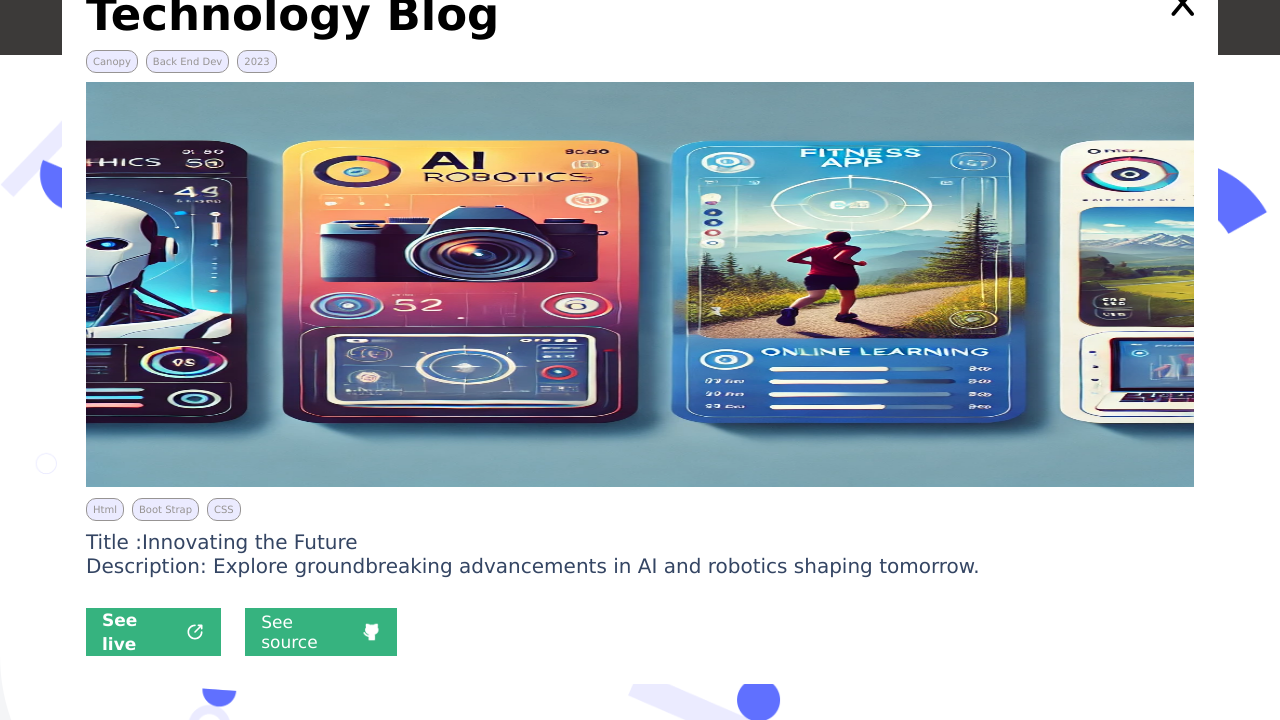
Repository: usman3123/portfolio-template-3
Page: index.html
An editor plug-in stored every save of this project. The page is shown before and after the next save, followed by the edit.
The browser window is 1280 px wide. The pictures show the window.
Empty fields were first filled with sample values (such as "Sample", 5 or name@example.com).
After loading, the first visible `#cardbtn` was clicked once.
A layer covers the whole window, so only the first screen is drawn. Some web libraries are served in a nearby version.

Above is the page before, as saved 2025-02-03 11:49:30.

### index.html
<!DOCTYPE html>
<html lang="en">
<head>
  <meta charset="UTF-8">
  <meta name="viewport" content="width=device-width, initial-scale=1.0">
  <title>project 2</title>
  <link rel="stylesheet" href="style.css">
  <link href='https://unpkg.com/boxicons@2.1.4/css/boxicons.min.css' rel='stylesheet'>
  <link rel="stylesheet" href="https://cdnjs.cloudflare.com/ajax/libs/font-awesome/6.6.0/css/all.min.css" integrity="sha512-Kc323vGBEqzTmouAECnVceyQqyqdsSiqLQISBL29aUW4U/M7pSPA/gEUZQqv1cwx4OnYxTxve5UMg5GT6L4JJg==" crossorigin="anonymous" referrerpolicy="no-referrer" />
  <link rel="stylesheet" href="https://cdnjs.cloudflare.com/ajax/libs/font-awesome/6.6.0/css/all.min.css" integrity="sha512-Kc323vGBEqzTmouAECnVceyQqyqdsSiqLQISBL29aUW4U/M7pSPA/gEUZQqv1cwx4OnYxTxve5UMg5GT6L4JJg==" crossorigin="anonymous" referrerpolicy="no-referrer" />

  <link rel="stylesheet" href="https://cdnjs.cloudflare.com/ajax/libs/font-awesome/6.7.2/css/all.min.css">
  <link rel="preconnect" href="https://fonts.googleapis.com">
<link rel="preconnect" href="https://fonts.gstatic.com" crossorigin>
<link href="https://fonts.googleapis.com/css2?family=Poppins:ital,wght@0,100;0,200;0,300;0,400;0,500;0,600;0,700;0,800;0,900;1,100;1,200;1,300;1,400;1,500;1,600;1,700;1,800;1,900&display=swap" rel="stylesheet">
</head>

<body>
<section class="webpage">
  <!-- Navbar -->

 <div class="hero-page">
  <div class="header-div">
    <nav class="nav-bar flex">
        <h4 class="nav-heading">My Logo</h4>
        <div class="nav-links flex">
            <a href="#myportfolio" class="link">Portfolo</a>
            <a href="#myabout" class="link">About</a>
            <a href="#mycontact" class="link" >Contact</a>
        </div>
        <i class="fa-solid fa-light fa-bars fa-xl " id="nav-icon"></i>
    </nav>
</div>

  <!-- Main Content -->
  <section id="myportfolio" class="hero-section flex">
    <div class="hero-content flex">
        <h1 class="hero-head"> I'm USMAN!
          Glad to see you.
      </h1>
      <p class="hero-p">
         I'm a software developer! I can help you build a product , feature or website Look through  some of my work and experience! If you like what you see and have a project you need coded, don’t hesitate to contact me.
      </p>
     <p class="let-connect"> LET'S CONNECT</p>

      <div class="icons flex">
          <img src="/assets/twitter.png" class="media-icon">
          <img src="assets/Linkedin.png" class="media-icon">
          <img src="assets/M.png" class="media-icon">
          <img src="assets/Github.png" class="media-icon">
          <img src="assets/V.png" class="media-icon">
      </div>
    </div>
  </section>

 </div>
  <!-- Cards Section -->

  <div class="overlay">
    <section class="cards flex">

    </section>

  </div>

   <!-- ABOUT MYSELF -->

   <section id="myabout" class="about flex">

    <div class="about-intro flex">
      <h1 class="about-head">About Myself</h1>
      <p class="about-paragraph">Hello I'm a software developer! I can help you build a product , feature or website Look through some of my work and experience! If you like what you see and have a project you need coded, don't hesitate to contact me.</p>
        <p class="connect">Let's Connect</p>
        <div class="icons flex icon-gap">
          <img src="assets/twitter.png" class="twitter">
          <img src="assets/Linkedin.png" class="inimage">
          <img src="assets/M.png" class="mimage">
          <img src="assets/Github.png" class="tomimage">
          <img src="assets/V.png" class="protocol">
      </div>
      <button class="content-btn rsm-btn"> Get my resume</button>
    </div>

    <div class="about-skills flex">
      <div class="about-all flex">
        <p>Languages</p>
        <i class='bx bx-chevron-down'></i>
      </div>
      <div class="about-lang flex">
        <div class="about-lang-img flex">
          <i class="fa-brands fa-js sty-i" style="color: #ff0000;"></i>
          <p>JavaScript</p>
        </div>
        <div class="about-lang-img flex">
          <i class="fa-brands fa-html5 sty-i" style="color: #FFD43B;"></i>
          <p>Html</p>

        </div>
        <div class="about-lang-img flex">
          <i class="fa-brands fa-css3-alt sty-i" style="color: #74C0FC;"></i>
          <p>css</p>
        </div>
      </div>
      <div class="about-all flex">
        <p> Frameworks</p>
        <i class='bx bx-chevron-right'></i>
      </div>
      <div class="about-all flex">
        <p>Skills</p>
        <i class='bx bx-chevron-right'></i>
        </div>
        </div>
  </section>


  <!-- Contact section -->

    <section id="mycontact" class="contact-section flex">
    <h1 class="contact-heading">Contact Me</h1>
    <p class="contact-description flex">
        If you have an application you are interested in developing, a feature that you need built, or a project that needs coding, I'd love to help with it!
    </p>
    <form class="contact-form flex">
        <input class="form-input" type="text" placeholder="Your Name">
        <input class="form-input" type="email" placeholder="Your Email">
        <textarea class="form-message" placeholder="Write your message here..."></textarea>
        <button class="form-button flex">Get in Touch</button>
    </form>

</section>
</section>

<div class="container"></div>


<script src="index.js"></script>
</body>
</html>

### style.css
*{
    margin: 0;
    padding: 0;
    box-sizing: border-box;
}

body {
    font-family: Verdana, Geneva, Tahoma, sans-serif;
    background-color: #f4f5f7;
    position: relative;
}


.flex {
    display: flex;
}

/* nav-bar */

.header-div {
    background-color: #3c3a39;
    width: 100%;
}

.nav-bar {
    justify-content: space-between;
    color: white;
    max-width: 1204px;
    align-items: center;
    padding: 10px 24px;
}

.nav-heading {
    font-size: 30px;
    padding-left: 120px;
}

.nav-links {
    gap: 40px;
    align-items: center;
    font-size: 25px;
    display: none;
}
.nav-icon {
    display: flex;
    width: 24px;
}



/* hero-section */

.hero-page {
    background-color: white;
    border-bottom-left-radius: 190px;
    background-image: url(/assets/Header\ bg@2x.png);
    background-size: contain;
    max-height: 846px;
    background-position: center;
    background-repeat: no-repeat;
    max-width: 1440px;
}
.hero-section {
    height: 846px;
    align-items: center;
    justify-content: center;
    padding-left: 20%;
}
.hero-content {
    flex-direction: column;
    gap: 20px;
}
.hero-head {
    font-size: 48px;
    font-weight: 700;
    width: 35%;
}

.hero-p {
    font-size: 25px;
    line-height: 28px;
    color: #344563;

    width: 73%;
}

.let-connect {
    color: #1d32f7;
    font-size: 20px;
    font-weight: 500;
    line-height: 24px;
}

.media-icon {
    height: 35px;
}

.icons {
    gap: 10px;
}

.nav-head {
    max-width: 1440px;
    width: 100%;
}
.enable {
    color: blue;
}
.link {
    color: white;
    text-decoration: none;
}

/* card-section */

.cards {
    flex-direction: column;
    align-items: center;
    gap:142px;
    padding: 24px;
    position: relative;
}
.card {
    background-color: white;
    max-width: 1156px;
    max-height: 496px;
    width: 100%;
    padding: 24px;
    gap: 20px;
}
.card-img {
    max-width: 544px;
    width: 50%;
    border-radius:8px ;
}

.card-content {
    flex-direction: column;
    gap: 24px;
}

.card-head {
    font-size: 40px;
    font-weight: 700;
    line-height: 52px;
}
#photo-content {
    font-size: 40px;
    font-weight: 700;
    line-height: 52px;
}
.content-p {
    font-size: 20px;
    font-weight: 400;
    line-height: 24px;
}
.content-sp {
    font-size: 20px;
    font-weight: 400;
    line-height: 24px;
}

.languages {
    gap: 8px;
    align-items: center;
}

.lang {
    padding: 4px 12px;
    color: #6070ff;
    background-color: #ebebff;
    border-radius: 10px;
}

.content-btn {
    max-width: 126px;
    width: 100%;
    padding: 4px 12px;
    color: #6070ff;
    background-color: #ebebff;
    border-radius: 10px;
    padding: 10px;
    border: 1px solid blue;
    font-size: 15px;
}

/* about-section */

.about {
    padding: 10%;
    gap: 30px;
}

.about-intro {
    flex-direction: column;
    max-width: 447px;
    max-height: 331px;
    gap: 10px;
}

.about-head {
    font-size: 30px;
    font-weight: 700;
    line-height: 52px;
}
.about-paragraph {
    font-size: 16px;
    line-height: 24px;
}
.connect {
    color: #6070ff;
    font-size: 25px;
}

.about-skills {
    max-width: 684px;
    flex-direction: column;
    width: 100%;
    gap: 20px;
}

.about-all {
    justify-content: space-between;
    font-size: 25px;
}
.about-lang {
    gap: 20px;
    padding: 12px;
}
.about-lang-img {
    flex-direction: column;
    gap: 12px;
}
.sty-i {
    font-size: 80px;
}
.about-lang-img > p {
    font-size: 25px;
}
.contact-section {
    flex-direction: column;
    align-items: center;
    gap: 24px;
    background-color: #6070ff;
    background-image: url(/assets/contact\ form\ background\ shapes@2x.png);
    background-size: contain;
    background-repeat: no-repeat;
    border-top-left-radius: 100px;
    padding: 100px 24px;
}
.contact-heading {
    font-size: 3rem;
    font-weight: 700;
    line-height: 5.2rem;
    color: white;
}
.contact-description {
    max-width: 569px;
    font-size: 1.5rem;
    text-align: center;
    color: white;
    max-height: 137px;

}
.contact-form {
    gap: 27px;
    flex-direction: column;
    max-width: 447px;
    width: 100%;
    align-items: center;
}

.form-input {
    padding: 15px 16px;
    background-color: white;
    color: black;
    font-size: 20px;
    width: 100%;
}
.form-message {
    color: black;
    font-size: 20px;
    padding: 15px 16px;
    height: 170px;
    width: 100%;
}
.form-button {
    padding: 12px 15px;
    color: blue;
    font-size: 17px;
    font-weight: 500;
    align-items: center;
    width: 130px;
}
html {
    font-size: 62.5%;
}

.container {
    max-width: 1156px;
    width: 100%;

}

.inner-container {
    padding: 24px;
    width: 100%;
    height: 100%;
    max-width: 1156px;
    max-height: 1163px;
    position: absolute;
    top: 228%;
    left: 50%;
    transform: translate(-50%,-50%);
    background-color: white;

}
.overlay {
    width: 100%;
    height: 100%;
    background: #f4f5f7;
    backdrop-filter: blur(8px);
}
.remove {
    display: none;
}

.blur {
    filter: blur(15px);
}
.heading > h2{
    align-items: center;
    justify-content: space-between;
}

.languages {
    gap: 8px;
}


.wrapimg {
    width: 100%;
    height: 60.3%;
    max-width: 1108px;
    max-height: 586px;
}

.p3 {
    display: none;
}

.paragraph {
    color: #344563;
    font-size: 2rem;
}

.btnimg {
    width: 20px;
    height: 20px;
}

.livebtn {
    width: 43.6%;
    height: 48px;
    gap: 20px;
    padding: 12px 16px;
    background-color: #36B37F;
    color: white;
    font-size: 17px;
    align-items: center;
}

.sourcebtn {
    width: 49%;
    height: 48px;
    gap: 20px;
    padding: 12px 16px;
    background-color: #36B37F;
    color: white;
    font-size: 17px;
    align-items: center;
}

.livebtn > p {
    font-size: 1.7rem;
    line-height: 2.4rem;
    font-weight: 700;
}

.buttons {
    width: 311px;
    height: 56px;
    gap: 24px;
    margin-top: 30px;
}

.btnimg {
    filter: brightness(0) invert(1);
}

.languages {
    padding: 9px 0;
}

.heading > h2 {
    font-size: 32px;
    line-height: 44px;
}
.icon-head {
    justify-content: space-between;
    font-size: 3rem;
}
.lang {
    font-size: 1rem;
    color: #979493;
    padding: 5px 6px;
    border: 1px solid #979493;
}

.style {
    position: fixed;
    transform: translate(-50%,-50%);
    top: 45%;
}

@media (max-width :600px) {
    .p1 {
     display: none;;
    }

    .p2 {
        display: none;
    }

    .p3 {
        display: block;
    }

    .wrap {
        flex-direction: column;
        padding-top: 20px;
    }

    .wrapimg {
        width: 100%;
        height: 29.3%;
        max-width: 872px;
        max-height: 616px;
    }

}








@media (max-width : 1100px) {
    .hero-head {
        width: 53%;
    }
    .card-head {
        font-size: 2rem;
    }
    #photo-head {
        font-size: 27px;
    }
    .content-p {
        font-size: 15px;
    }
    .content-sp {
        font-size: 15px;
        display: none;
    }
    .card-content {
        gap: 20px;
    }

}
@media (max-width :870px) {
    .card {
        flex-direction: column;
        max-height: 552px;
        padding: 16px;
    }
    .card {
        max-width: 327px;
    }
    .about {
        flex-direction: column;
    }
    .nav-heading {
        padding-left: 0px;
    }


}
@media (max-width : 870px) {
    .hero-head {
        width: 100%;
    }
    .hero-section {
        padding: 24px;
    }
    .hero-p {
        width: 100%;
    }
    .card-img {
        width: 100%;
        height: 18vh;
    }
    .card-content {
        gap: 2px;
    }
}
@media (min-width : 700px) {
    .nav-links {
        display: flex;
    }
    #nav-icon {
        display: none;
    }

}
@media (min-width : 1441px) {
    .card-content {
        gap: 30px;
    }
}

### index.js
arr = [
    {
        img : "/assets/card-1img.webp",
        h2 : "Technology Blog",
        paragraph1 : "Title :Innovating the Future",
        p_description : "Description: Explore groundbreaking advancements in AI and robotics shaping tomorrow.",
        paragraph2 :"Image Idea: A futuristic image showing AI robots collaborating with humans.",
        lang1 : "Html",
        lang2 : "CSS",
        lang3 : "JavaScript",
        lang5 : "Boot Strap",
        button : "See Project",
        year : "2023",
        cardimg : "/assets/card-1img.webp"
    },
    {
        img : "/assets/card-2img.webp",
        h2 : "Photography Portfolio",
        paragraph1 : "Title: Lens Stories",
        p_description : "Description: A collection of awe-inspiring moments captured around the globe.",
        paragraph2 :"Image Idea: A scenic view of mountains or a person with a camera.",
        lang1 : "Html",
        lang2 :"Ruby on Rails",
        lang3 : "CSS",
        lang4 : "JavaScript",
        lang5 : "Boot Strap",
        button : "See Project",
        year : "2024",
        cardimg :"/assets/card-2img.webp"
    },
    {
        img : "/assets/card-3img.webp",
        h2 : "Fitness App",
        paragraph1 : "Title: oveSmart",
        p_description :"Description: Your companion for tracking workouts and achieving fitness goals.",
        paragraph2 :"Image Idea: A person jogging with fitness metrics displayed.",
        lang1 : "Html",
        lang2 :"Ruby on Rails",
        lang3 : "CSS",
        lang4 : "JavaScript",
        lang5 : "Boot Strap",
        button : "See Project",
        year : "2025",
        cardimg : "/assets/card-3img.webp"
    },
    {
        img : "/assets/card-4img.webp" ,
        h2 : "Online Learning",
        paragraph1 : "Title: Skillify",
        p_description : "Description: Join courses from world-class instructors and master new skills.",
        paragraph2 :"Image Idea: A laptop with an open notebook and a student studying.",
        lang1 : "Html",
        lang2 :"Ruby on Rails",
        lang3 : "CSS",
        lang4 : "JavaScript",
        lang5 : "Boot Strap",
        button : "See Project",
        year : "2025",
        cardimg :"/assets/card-4img.webp"
    }
]

const cards = document.querySelector(".cards");
const body = document.querySelector("body");
const overlay = document.querySelector(".overlay");
const page =

arr.forEach((element) => {
    cards.innerHTML += `<div class="card flex">
      <img class="card-img" src= ${element.img} alt="CARD_!_IMG">
      <div class="card-content flex">
        <h2 class="card-head">${element.h2}</h2>
        <p class="content-p">${element.paragraph1}</p>
        <p class="content-sp">${element.p_description}</p>
        <p class="content-p">${element.paragraph2}</p>
        <div class="languages flex">
          <p class="lang">${element.lang1}</p>
          <p class="lang">${element.lang2}</p>
          <p class="lang">${element.lang3}</p>
        </div>
        <button id = "cardbtn" class="content-btn">${element.button}</button>
      </div>
    </div>
`
});
document.querySelectorAll("#cardbtn").forEach((btn, index) => {
  btn.addEventListener("click", () => {
    popup(arr[index]);
    overlay.classList.add("blur");
    document.querySelector(".inner-container").classList.add("style")
  });
});
function popup(element) {
  const popup = document.querySelector(".container");
    popup.innerHTML =
      `<div class="inner-container">
    <div class="icon-head flex">
        <h2 class="heading flex">${element.h2}</h2>
        <i class="fa-solid fa-x" id = "close-popup" ></i>
    </div>
    <div class="languages flex">
        <p class="lang">Canopy</p>
        <p class="lang">Back End Dev</p>
        <p class="lang">${element.year}</p>
    </div>
    <img src= ${element.cardimg} class="wrapimg">
    <div class="languages flex">
        <p class="lang">${element.lang1}</p>
        <p class="lang">${element.lang5}</p>
        <p class="lang">${element.lang2}</p>
    </div>

    <div class="paragraph">
        <p class="p1">${element.paragraph1}</p>
        <p class="p2">${element.p_description}</p>
        <p class="p3">${element.paragraph2}</p>
    </div>

    <div class="buttons flex">
        <div class="livebtn flex">
            <p>See live</p>
            <img src="/assets/Icon - Export.svg" class="btnimg">
        </div>
        <div class="sourcebtn flex">
            <p>See source</p>
            <img src="/assets/Icon -GitHub.png" class="btnimg">
        </div>
    </div>

    </div>`;

    document.querySelector("#close-popup").addEventListener("click", () => {
      popup.style.display = "none";
      overlay.classList.remove("blur");
    });
  }









{/* <div class="inner-container">
<div class="icon-head flex">
    <h2 class="heading flex">Tonic</h2>
    <i class="fa-solid fa-x" ></i>
</div>
<div class="languages flex">
    <p class="lang">Canopy</p>
    <p class="lang">Back End Dev</p>
    <p class="lang">2015</p>
</div>
<img src="/assets/Snapshoot Portfolio.png" class="wrapimg">
<div class="languages flex">
    <p class="lang">HTML</p>
    <p class="lang">Bootstrap</p>
    <p class="lang">Ruby on rails</p>
</div>

<div class="paragraph">
    <p class="p1">Lorem Ipsum is simply dummy text of the printing and typesetting industry. Lorem Ipsum has been the industry's standard dummy text ever since the 1500s, when an unknown printer took a galley of type and scrambled it 1960s.</p>
    <p class="p2">Lorem Ipsum is simply dummy text of the printing and typesetting industry. Lorem Ipsum has been the industry's standard dummy text ever since the 1500s, when an unknown printer took a galley of type and scrambled it 1960s with the releax map lapora verita.</p>
    <p class="p3">Lorem Ipsum is simply dummy text of the printing and typesetting industry. Lorem Ipsum has been the industry's standard dummy text ever since the 1500s, when an unknown printer took a galley of type and scrambled it to make a type specimen book. It has survived not only five centuries, but also the leap into electronic typesetting, remaining essent</p>
</div>

<div class="buttons flex">
    <div class="livebtn flex">
        <p>See live</p>
        <img src="/assets/Icon - Export.svg" class="btnimg">
    </div>
    <div class="sourcebtn flex">
        <p>See source</p>
        <img src="/assets/Icon -GitHub.png" class="btnimg">
    </div>
</div>

</div>
 */}














/* <div class="card flex">
      <img class="card-img" src="/assets/card-1img.webp" alt="CARD_!_IMG">
      <div class="card-content flex">
        <h2 class="card-head">Technology Blog</h2>
        <p class="content-p">Title: "Innovating the Future"</p>
        <p class="content-sp">Description: "Explore groundbreaking advancements in AI and robotics shaping tomorrow."</p>
        <p class="content-p">Image Idea: A futuristic image showing AI robots collaborating with humans.</p>
        <div class="languages flex">
          <p class="lang">Html</p>
          <p class="lang">CSS</p>
          <p class="lang">JavaScript</p>
        </div>
        <button class="content-btn">See Project</button>
      </div>
    </div>
    <div class="card flex">
      <img class="card-img" src="/assets/card-2img.webp" alt="CARD_!_IMG">
      <div class="card-content flex">
        <h2 id="photo-head">Photography Portfolio</h2>
        <p class="content-p">Title: "Lens Stories"<p>
        <p class="content-sp">Description: "A collection of awe-inspiring moments captured around the globe."</p>
        <p class="content-p">Image Idea: A scenic view of mountains or a person with a camera.
        </p>
        <div class="languages flex">
          <p class="lang">Html</p>
          <p class="lang">Ruby on Rails</p>
          <p class="lang">CSS</p>
          <p class="lang">JavaScript</p>
        </div>
        <button class="content-btn">See Project</button>
      </div>
    </div>
    <div class="card flex">
      <img class="card-img" src="/assets/card-3img.webp" alt="CARD_!_IMG">
      <div class="card-content flex">
        <h2 class="card-head">Fitness App</h2>
        <p class="content-p">Title: "MoveSmart"<p>
        <p class="content-sp">Description: "Your companion for tracking workouts and achieving fitness goals."</p>
        <p class="content-p">Image Idea: A person jogging with fitness metrics displayed.</p>
        <div class="languages flex">
          <p class="lang">Html</p>
          <p class="lang">Ruby on Rails</p>
          <p class="lang">CSS</p>
          <p class="lang">JavaScript</p>
        </div>
        <button class="content-btn">See Project</button>
      </div>
    </div>
    <div class="card flex">
      <img class="card-img" src="/assets/card-4img.webp" alt="CARD_!_IMG">
      <div class="card-content flex">
        <h2 class="card-head">Online Learning</h2>
        <p class="content-p">Title: "Skillify"p>
        <p class="content-sp">Description: "Join courses from world-class instructors and master new skills."</p>
        <p class="content-p">Image Idea: A laptop with an open notebook and a student studying.</p>
        <div class="languages flex">
          <p class="lang">Html</p>
          <p class="lang">Ruby on Rails</p>
          <p class="lang">CSS</p>
          <p class="lang">JavaScript</p>
        </div>
        <button class="content-btn">See Project</button>
      </div>
    </div> */

After the next save:
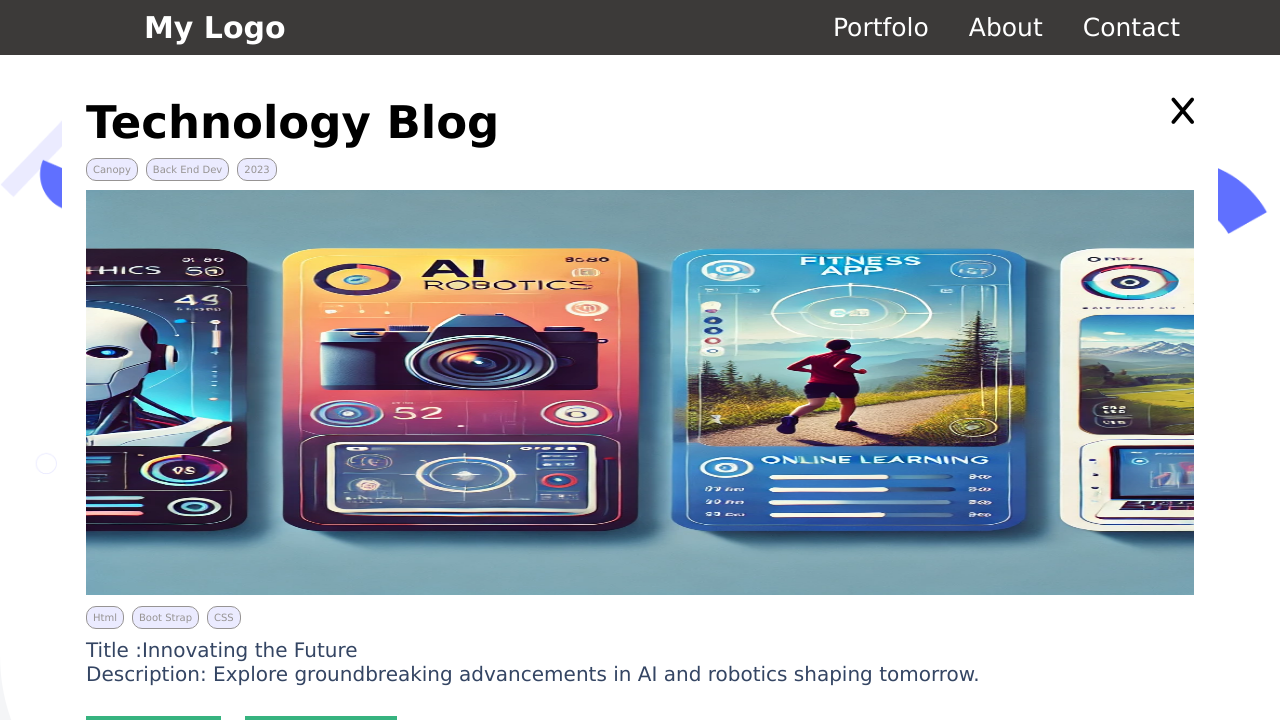
Saved 7 min 37 s later.
--- a/style.css
+++ b/style.css
@@ -420,7 +420,7 @@ html {
 .style {
     position: fixed;
     transform: translate(-50%,-50%);
-    top: 45%;
+    top: 60%;
 }
 
 @media (max-width :600px) {
